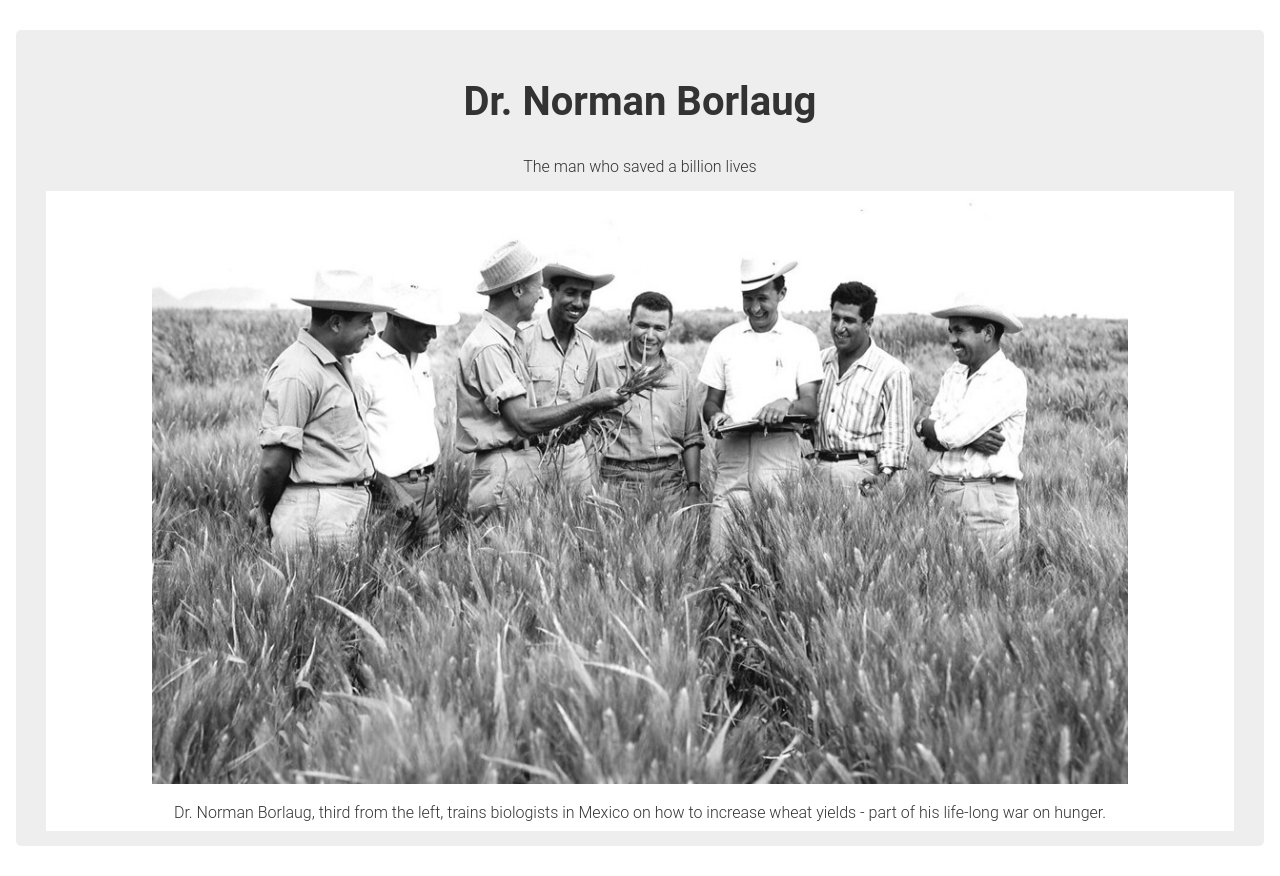
Repository: HTDuy01/github-demo
Page: freecodecamp/index.html
These files come from the project's save history. The page is drawn as it stood at one moment and after the next save; the edit follows.
The browser window is 1280 px wide. The pictures show the whole page.

Above is the page before, as saved 2021-11-17 20:21:01.

After the next save:
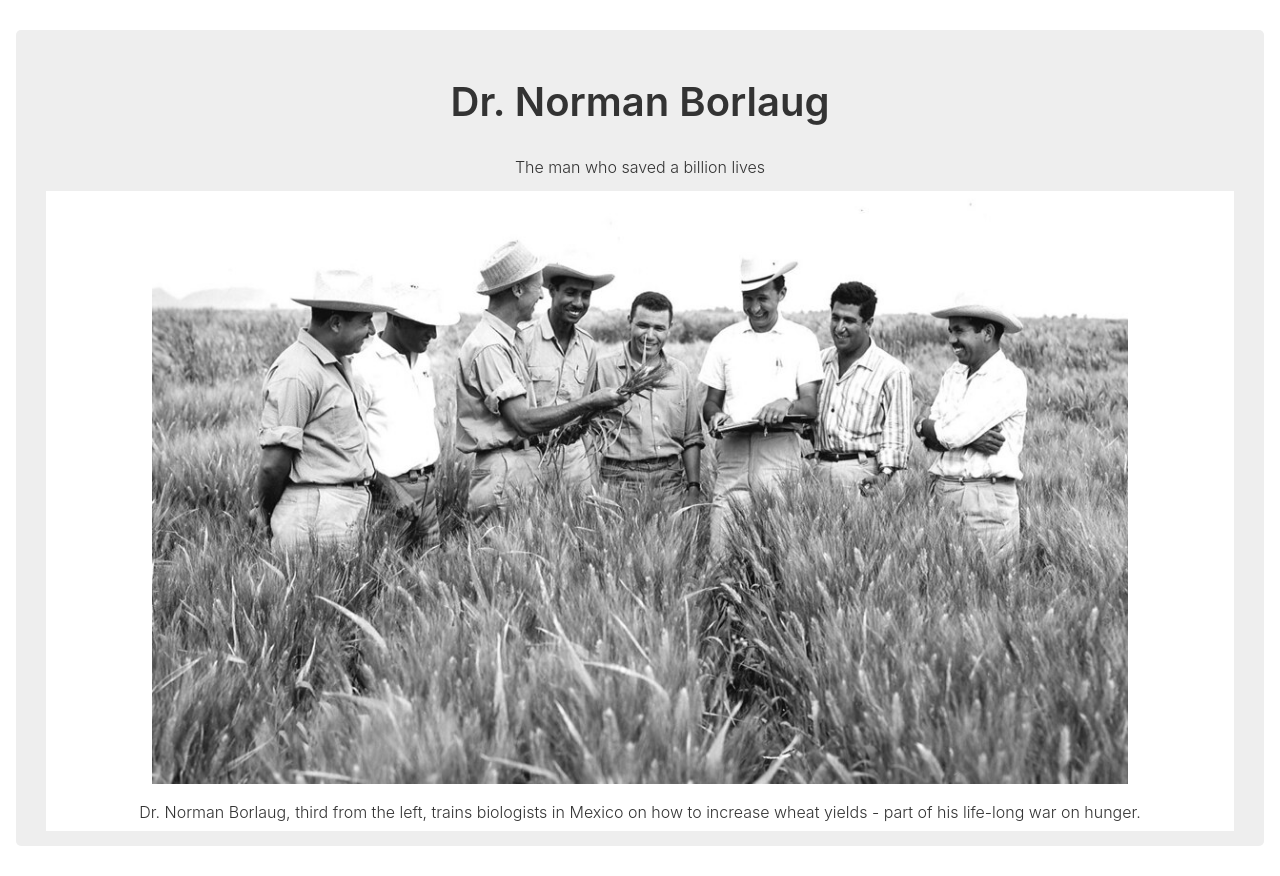
Saved 4 min 50 s later.
--- a/freecodecamp/assets/css/base.css
+++ b/freecodecamp/assets/css/base.css
@@ -6,7 +6,7 @@
 html {
     font-size: 62.5%;
     line-height: 1.6rem;
-    font-family: 'Roboto', sans-serif;
+    font-family: -apple-system, BlinkMacSystemFont, 'Segoe UI', 'Roboto', 'Helvetica Neue', Arial, sans-serif;
     box-sizing: border-box;
 }
 
